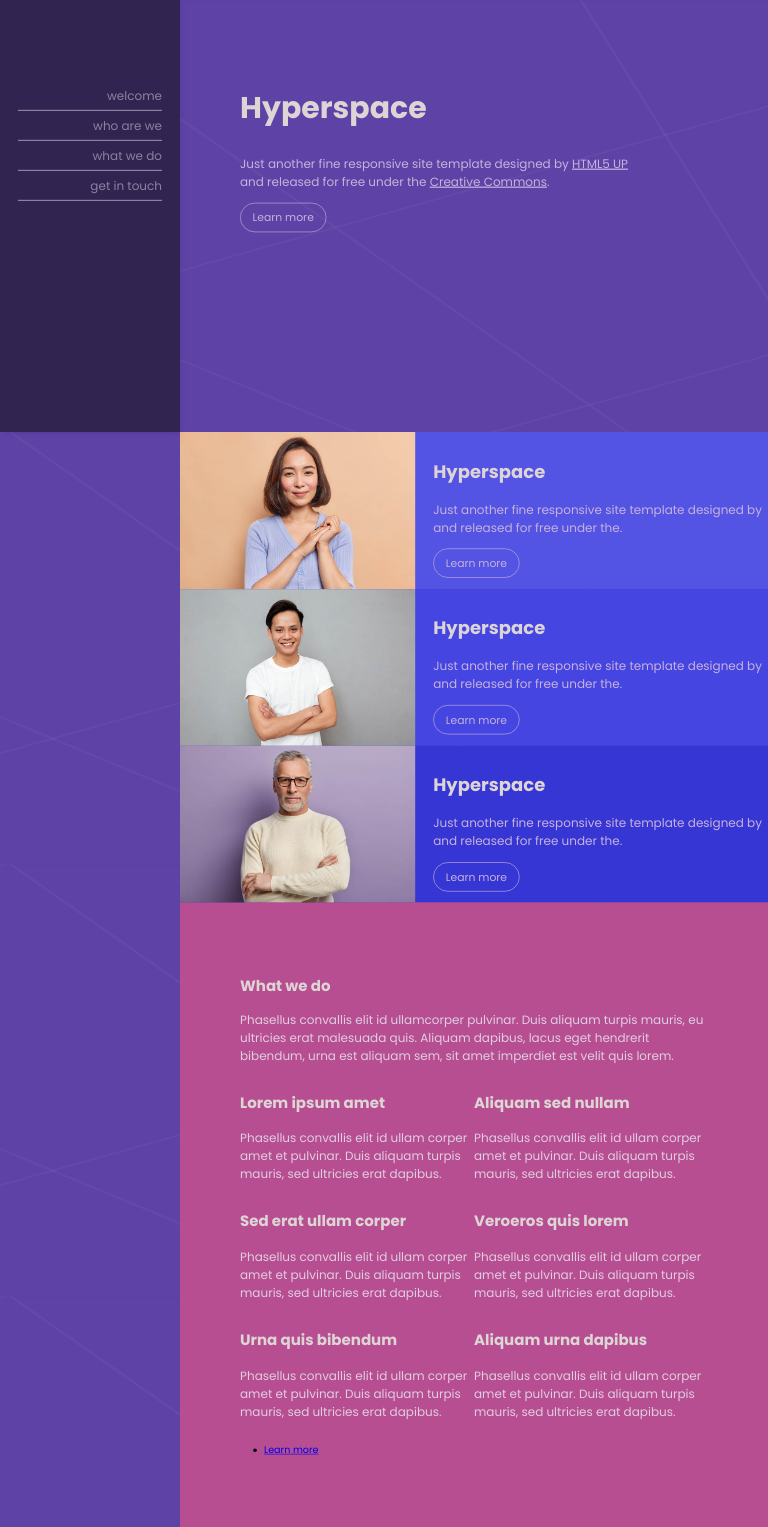
Repository: zai31/KIMIT_Tasks
Page: JsSession8/index.html
These files come from the project's save history. The page is drawn as it stood at one moment and after the next save; the edit follows.
The browser window is 1280 px wide. The pictures show the whole page, at 60% of full size.
Backgrounds fixed to the window are drawn as part of the page.

Above is the page before, as saved 2025-09-15 20:46:43.

### JsSession8/index.html
<!DOCTYPE html>
<html lang="en">
<head>
    <meta charset="UTF-8">
    <meta name="viewport" content="width=device-width, initial-scale=1.0">
    <link rel="stylesheet" href="./css/style.css">
    <title>Responsive</title>
</head>

<body>
    <section  class="flex-section">
        <div class="menu">
        <ul>
            <li><a href="#">welcome</a></li>
            <li><a href="#">who are we</a></li>
            <li><a href="#">what we do</a></li>
            <li><a href="#">get in touch</a></li>
        </ul>
</div>
<div class="section">
    <div class="content">
      <div class="intro">
							<h1>Hyperspace</h1>
							<p>Just another fine responsive site template designed by <a href="https://html5up.net">HTML5 UP</a><br>
							and released for free under the <a href="https://html5up.net/license">Creative Commons</a>.</p>
							<button>Learn more</button>

						</div>
    <div class="overview">
        <div class="s" style="background-color: rgb(83, 83, 228);">
           <img src="./images/1.jpg" alt="">

							<div ><h1>Hyperspace</h1>
                                <p>Just another fine responsive site template designed by
							and released for free under the.</p>
							<button>Learn more</button></div>
        </div>
        <div class="s" style="background-color: rgb(69, 69, 226);">
            <img src="./images/2.jpg" alt="">
							<div >
                                           	<h1>Hyperspace</h1>
<p>Just another fine responsive site template designed by
							and released for free under the.</p>
							<button>Learn more</button></div>
        </div>
        <div class="s" style="background-color: rgb(54, 54, 213);">
            <img src="./images/3.jpg" alt="">
							<div >
                                           	<h1>Hyperspace</h1>
<p>Just another fine responsive site template designed by
							and released for free under the.</p>
							<button>Learn more</button></div>
        </div>
    <div class="what">
							<h2>What we do</h2>
							<p>Phasellus convallis elit id ullamcorper pulvinar. Duis aliquam turpis mauris, eu ultricies erat malesuada quis. Aliquam dapibus, lacus eget hendrerit bibendum, urna est aliquam sem, sit amet imperdiet est velit quis lorem.</p>
							<div class="features">
								<section>
									<span class="icon fa-code"></span>
									<h3>Lorem ipsum amet</h3>
									<p>Phasellus convallis elit id ullam corper amet et pulvinar. Duis aliquam turpis mauris, sed ultricies erat dapibus.</p>
								</section>
								<section>
									<span class="icon  fa-lock"></span>
									<h3>Aliquam sed nullam</h3>
									<p>Phasellus convallis elit id ullam corper amet et pulvinar. Duis aliquam turpis mauris, sed ultricies erat dapibus.</p>
								</section>
								<section>
									<span class="icon  fa-cog"></span>
									<h3>Sed erat ullam corper</h3>
									<p>Phasellus convallis elit id ullam corper amet et pulvinar. Duis aliquam turpis mauris, sed ultricies erat dapibus.</p>
								</section>
								<section>
									<span class="icon  fa-desktop"></span>
									<h3>Veroeros quis lorem</h3>
									<p>Phasellus convallis elit id ullam corper amet et pulvinar. Duis aliquam turpis mauris, sed ultricies erat dapibus.</p>
								</section>
								<section>
									<span class="icon  fa-link"></span>
									<h3>Urna quis bibendum</h3>
									<p>Phasellus convallis elit id ullam corper amet et pulvinar. Duis aliquam turpis mauris, sed ultricies erat dapibus.</p>
								</section>
								<section>
									<span class="icon  fa-gem"></span>
									<h3>Aliquam urna dapibus</h3>
									<p>Phasellus convallis elit id ullam corper amet et pulvinar. Duis aliquam turpis mauris, sed ultricies erat dapibus.</p>
								</section>
							</div>
							<ul class="actions">
								<li><a href="generic.html" class="button">Learn more</a></li>
							</ul>

    </div>
                        </div>
                        </div>
                    </section>
</body>
</html>

### JsSession8/CSS/style.css
@import url("https://fonts.googleapis.com/css2?family=Poppins:ital,wght@0,100;0,200;0,300;0,400;0,500;0,600;0,700;0,800;0,900;1,100;1,200;1,300;1,400;1,500;1,600;1,700;1,800;1,900&display=swap");

* {
    box-sizing: border-box;
    font-family: "Poppins", sans-serif;
}

:root {
    --sidebar-color: #312450;
    --primary-color: #5e42a6;
    --secondary-color: #b74e91;
    --section-bg-color: #c7b2dc;
    --dark-color: #000000;
    --navbar-bg-color: #273053;
    --p-color: #717275;
    --highlight-icon-color: #ff0100;
    --main-transition: 0.5s all ease-in-out;
}


html,
body {
    height: 100%;
    margin: 0;
    padding: 0;
}

.flex-section {
    display: flex;
    flex-direction: row;

}

/*side bar*/
.flex-section .menu {
    min-height: 100vh;
    /* ensures sidebar spans at least the full screen */
    height: auto;
    /* lets it grow with content */
    width: 300px;
    top: 0;
    left: 0;
    position: fixed;
    background-color: var(--sidebar-color);
    padding: 145px 30px;
    box-shadow: 0 0 10px rgba(0, 0, 0, 0.1);
}

.flex-section .menu ul {
    list-style: none;
    padding: 0;
    margin: 0;
    text-align: right;
}

.flex-section .menu ul li {
    margin-bottom: 10px;
    font-size: 20px;
    position: relative;
    /* needed for ::after positioning */
    padding-bottom: 10px;
}

.flex-section .menu ul li a {
    text-decoration: none;
    color: #8b82a1;

}

.flex-section .menu ul li::after {
    content: "";
    position: absolute;
    left: 0;
    bottom: 0;
    width: 100%;
    /* stick to the bottom */
    height: 2px;
    background-color: #8b82a1;
    /* thickness of underline */
    transition: width 0.3s ease;
}

/*use js*/
.flex-section .menu ul li a:hover::after {
    width: 100%;
    /* expand underline on hover */
}


.flex-section .menu ul li a:hover {
    color: #b5b8bf;
}

.flex-section .menu ul li a:active {
    color: #5e42a6;
}

.flex-section .menu ul li a:active::after {
    background: linear-gradient(to right, #4b0082, #8b00ff, #981196);
}






/*content first section */
.flex-section .section {
    flex: 1;
    background-color: var(--section-bg-color);
    background-attachment: fixed;
    background-image: url("../assets/css/images/Screenshot\ 2025-09-15\ 075920.png");
    background-position: top right;
    background-repeat: no-repeat;
    background-size: 100% 100%;
    padding-left: 300px;
}

.flex-section .section .content {
    display: flex;
    flex-direction: column;
    width: 100%;
}

.flex-section .section .content .intro {
    padding: 100px;
    width: 100%;
    height: 100vh;
}

.flex-section .section .content .intro h1 {
    color: rgb(221, 213, 213);
    font-size: 50px;
}

.flex-section .section .content .intro p,
.flex-section .section .content .intro a {
    color: var(--section-bg-color);
    font-size: 20px;
}

.flex-section .section .content .intro a:hover {
    color: #fefefe;
    text-decoration: none;
}

.flex-section .section .content .intro button {
    color: var(--section-bg-color);
    background-color: transparent;
    border: 1px solid var(--section-bg-color);
    padding: 10px 20px;
    border-radius: 25px;
    cursor: pointer;
    text-decoration: none;
    font-size: 18px;
}

.flex-section .section .content .intro button:hover {
    background-color: #6f54b6;
}




/*content second section */

.flex-section .section .content .overview .s {
    display: flex;
    flex-direction: row;
    align-items: center;
    gap: 30px;
}

.flex-section .section .content .overview .s h1 {
    color: rgb(221, 213, 213);
    font-size: 30px;
}

.flex-section .section .content .overview .s p {
    color: var(--section-bg-color);
    font-size: 20px;
}

.flex-section .section .content .overview .s button {
    color: var(--section-bg-color);
    background-color: transparent;
    border: 1px solid var(--section-bg-color);
    padding: 10px 20px;
    border-radius: 25px;
    cursor: pointer;
    text-decoration: none;
    font-size: 18px;
}

.flex-section .section .content .overview .s button:hover {
    background-color: rgb(77, 77, 246);
}

.flex-section .section .content .overview .s img {
    width: 40%;
}

/*what section*/

.flex-section .section .content .what {
    padding: 100px;
    width: 100%;
    background-color: var(--secondary-color);
}

.flex-section .section .content .what h3,
.flex-section .section .content .what h2 {
    color: rgb(221, 213, 213);
    font-size: 25px;
}
.flex-section .section .content .what p {
    color: #e0cee1;
    font-size: 20px;
}

.flex-section .section .content .what .features{
    display: flex;
    flex-direction: row;
    flex-wrap: wrap;
    background-color: #b74e91;


}
.flex-section .section .content .what .features section{
 flex: 1 1 45%;     /* grow/shrink, ~half width with gap */
 border: 1 solid white;
}

After the next save:
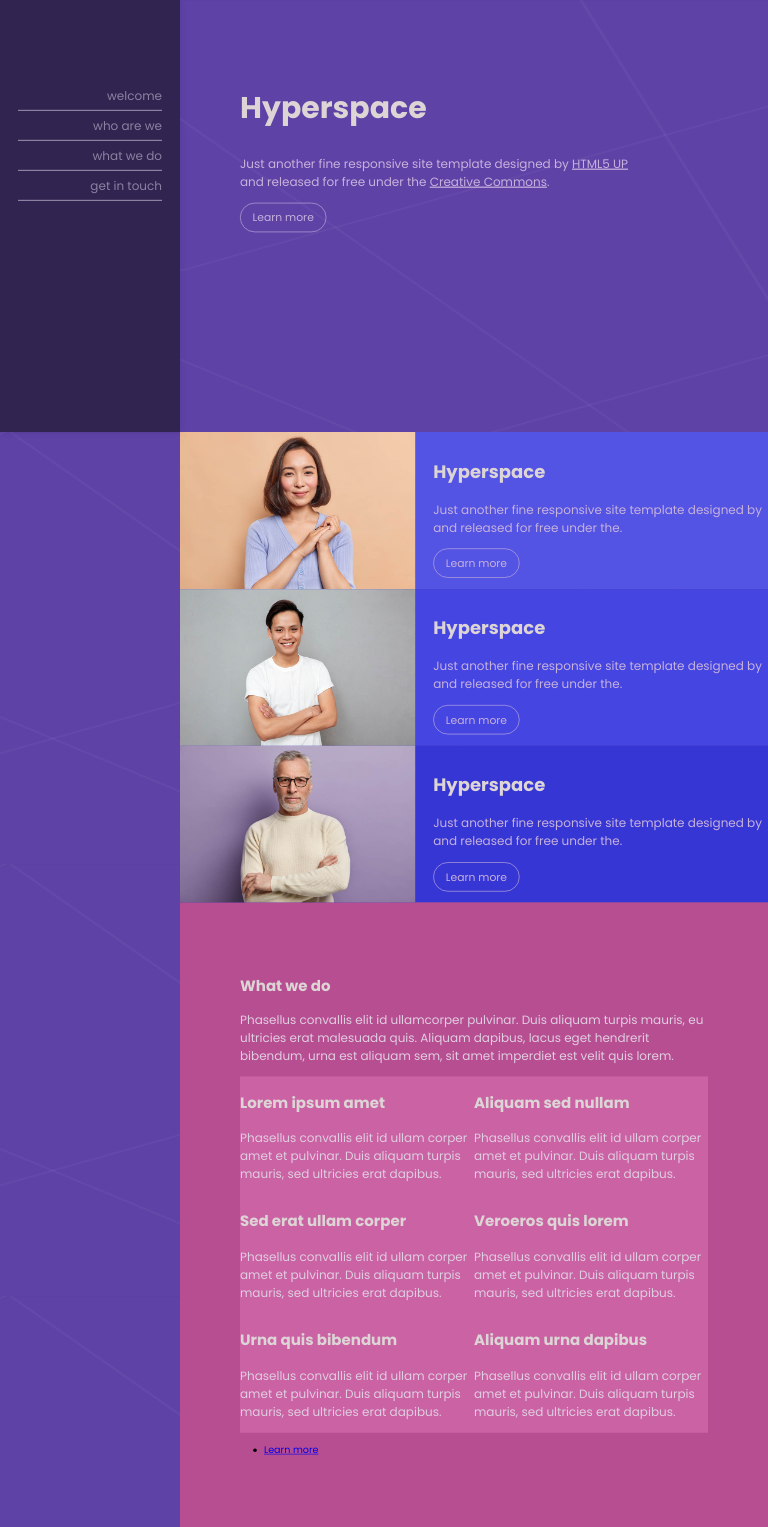
Saved 6 s later.
--- a/JsSession8/CSS/style.css
+++ b/JsSession8/CSS/style.css
@@ -222,7 +222,7 @@
     display: flex;
     flex-direction: row;
     flex-wrap: wrap;
-    background-color: #b74e91;
+    background-color: #ca62a4;
 
 
 }
